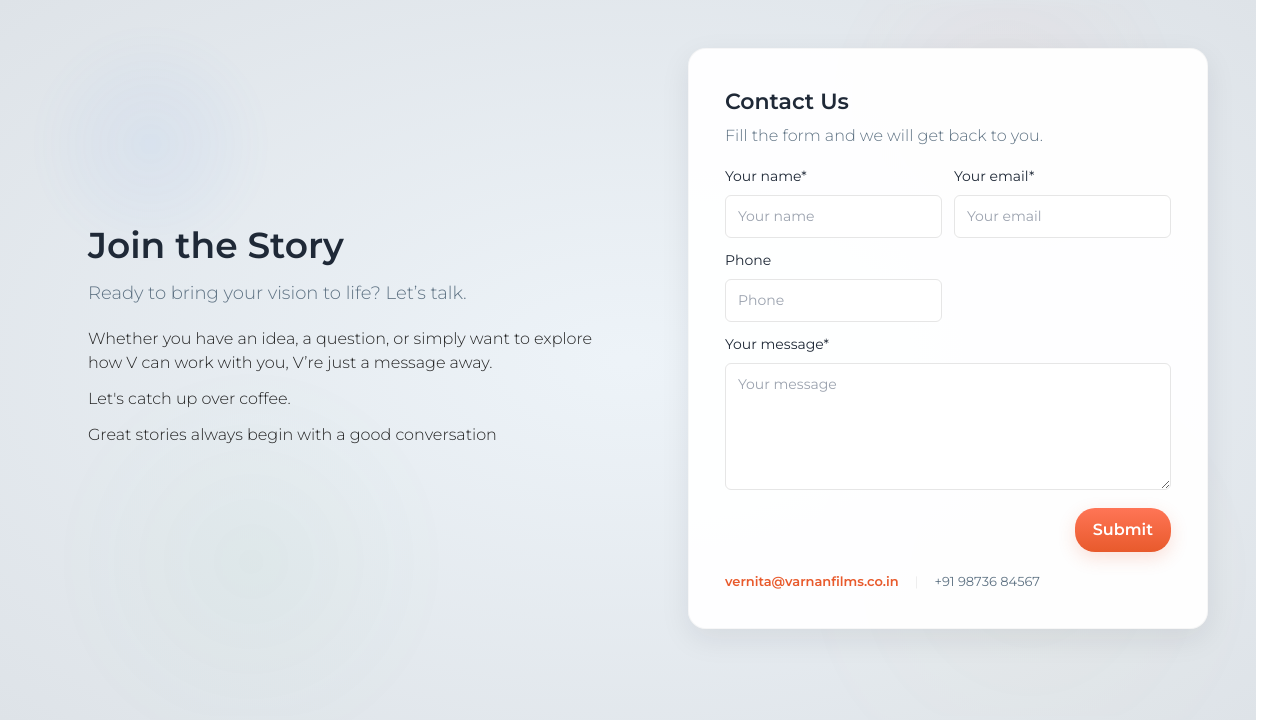
Repository: ritesh1711/ez-contact-form
Page: /
These files come from the project's save history. The page is drawn as it stood at one moment and after the next save; the edit follows.
The browser window is 1280 px wide. The pictures show the whole page.
The project was rebuilt for these pictures with package versions that can differ from the ones it lists, and the page was loaded fresh each time. Also part of the build but not shown: vite.config.js.

Above is the page before, as saved 2025-11-09 22:29:56.

### index.html
<!doctype html>
<html lang="en">
  <head>
    <meta charset="UTF-8" />
    <link rel="icon" type="image/svg+xml" href="/vite.svg" />
    <meta name="viewport" content="width=device-width, initial-scale=1.0" />
    <title>ezlabs-assignment</title>
  </head>
  <body>
    <div id="root"></div>
    <script type="module" src="/src/main.jsx"></script>
  </body>
</html>

### src/index.css
:root {
  font-family: system-ui, Avenir, Helvetica, Arial, sans-serif;
  line-height: 1.5;
  font-weight: 400;

  color-scheme: light dark;
  color: rgba(255, 255, 255, 0.87);
  background-color: #242424;

  font-synthesis: none;
  text-rendering: optimizeLegibility;
  -webkit-font-smoothing: antialiased;
  -moz-osx-font-smoothing: grayscale;
}

a {
  font-weight: 500;
  color: #646cff;
  text-decoration: inherit;
}
a:hover {
  color: #535bf2;
}

body {
  margin: 0;
  display: flex;
  place-items: center;
  min-width: 320px;
  min-height: 100vh;
}

h1 {
  font-size: 3.2em;
  line-height: 1.1;
}

button {
  border-radius: 8px;
  border: 1px solid transparent;
  padding: 0.6em 1.2em;
  font-size: 1em;
  font-weight: 500;
  font-family: inherit;
  background-color: #1a1a1a;
  cursor: pointer;
  transition: border-color 0.25s;
}
button:hover {
  border-color: #646cff;
}
button:focus,
button:focus-visible {
  outline: 4px auto -webkit-focus-ring-color;
}

@media (prefers-color-scheme: light) {
  :root {
    color: #213547;
    background-color: #ffffff;
  }
  a:hover {
    color: #747bff;
  }
  button {
    background-color: #f9f9f9;
  }
}


html, body {
  margin: 0;
  padding: 0;
  overflow-x: hidden;
}
@tailwind base;
@tailwind components;
@tailwind utilities;

### src/App.jsx
import React from 'react'
// import Hero from './components/Hero'
import ContactForm from './components/ContactForm'
// import Footer from './components/Footer'


// export default function App(){
// return (
// <div className="min-h-screen flex flex-col">
// <header className="bg-white shadow-sm">
// <div className="max-w-6xl mx-auto px-6 py-4 flex items-center justify-between">
// <div className="text-xl font-bold">EZ Labs</div>
// <nav className="space-x-6 hidden md:block text-sm text-gray-600">
// <a href="#home">Home</a>
// <a href="#contact">Contact</a>
// </nav>
// </div>
// </header>


// <main className="flex-1">
// <Hero />
// <ContactForm />
// </main>


// <Footer />
// </div>
// )
// }

// import ContactForm from './components/ContactForm';

export default function App(){
  return <ContactForm />;
}

### src/components/ContactForm.jsx
// import React, { useState } from 'react'
// import './ContactForm.css' // added - imports the new styles

// function ContactForm() {
//   const [form, setForm] = useState({
//     name: '',
//     email: '',
//     phone: '',
//     message: ''
//   })

//   const [errors, setErrors] = useState({})
//   const [status, setStatus] = useState('')
//   const [loading, setLoading] = useState(false)

//   const validate = () => {
//     const newErrors = {}
//     if (!form.name.trim()) newErrors.name = 'Name is required'
//     if (!form.email.trim()) newErrors.email = 'Email is required'
//     else if (!/\S+@\S+\.\S+/.test(form.email)) newErrors.email = 'Invalid email'
//     if (!form.phone.trim()) newErrors.phone = 'Phone is required'
//     if (!form.message.trim()) newErrors.message = 'Message is required'
//     return newErrors
//   }

//   const handleSubmit = async (e) => {
//     e.preventDefault()
//     const validationErrors = validate()
//     if (Object.keys(validationErrors).length > 0) {
//       setErrors(validationErrors)
//       return
//     }

//     setErrors({})
//     setLoading(true)
//     setStatus('')

//     try {
//       const res = await fetch('https://jsonplaceholder.typicode.com/posts', {
//         method: 'POST',
//         headers: { 'Content-Type': 'application/json' },
//         body: JSON.stringify(form)
//       })

//       if (res.ok) {
//         setStatus('Form Submitted')
//         setForm({ name: '', email: '', phone: '', message: '' })
//       } else {
//         const body = await res.text()
//         setStatus('Submission failed: ' + res.status)
//         console.error('API error', res.status, body)
//       }
//     } catch (err) {
//       console.error(err)
//       setStatus('Submission failed: network error')
//     } finally {
//       setLoading(false)
//     }
//   }

//   return (
//     <section id="contact" className="max-w-6xl mx-auto px-6 py-16">
//       <div className="bg-white rounded-2xl shadow p-6 md:p-12">
//         <h2 className="text-2xl font-bold">Contact Us</h2>
//         <p className="text-gray-600 mt-2">Fill the form and we will get back to you.</p>

//         <form className="mt-6 grid gap-4 md:grid-cols-2" onSubmit={handleSubmit} noValidate>
//           <div className="md:col-span-1">
//             <label className="block text-sm font-medium">Name</label>
//             <input
//               value={form.name}
//               onChange={(e) => setForm({ ...form, name: e.target.value })}
//               className={`mt-1 block w-full rounded-md border px-3 py-2 ${
//                 errors.name ? 'border-red-500' : 'border-gray-200'
//               }`}
//             />
//             {errors.name && <p className="text-sm text-red-600 mt-1">{errors.name}</p>}
//           </div>

//           <div className="md:col-span-1">
//             <label className="block text-sm font-medium">Email</label>
//             <input
//               value={form.email}
//               onChange={(e) => setForm({ ...form, email: e.target.value })}
//               className={`mt-1 block w-full rounded-md border px-3 py-2 ${
//                 errors.email ? 'border-red-500' : 'border-gray-200'
//               }`}
//             />
//             {errors.email && <p className="text-sm text-red-600 mt-1">{errors.email}</p>}
//           </div>

//           <div className="md:col-span-1">
//             <label className="block text-sm font-medium">Phone</label>
//             <input
//               value={form.phone}
//               onChange={(e) => setForm({ ...form, phone: e.target.value })}
//               className={`mt-1 block w-full rounded-md border px-3 py-2 ${
//                 errors.phone ? 'border-red-500' : 'border-gray-200'
//               }`}
//             />
//             {errors.phone && <p className="text-sm text-red-600 mt-1">{errors.phone}</p>}
//           </div>

//           <div className="md:col-span-2">
//             <label className="block text-sm font-medium">Message</label>
//             <textarea
//               value={form.message}
//               onChange={(e) => setForm({ ...form, message: e.target.value })}
//               rows={4}
//               className={`mt-1 block w-full rounded-md border px-3 py-2 ${
//                 errors.message ? 'border-red-500' : 'border-gray-200'
//               }`}
//             ></textarea>
//             {errors.message && <p className="text-sm text-red-600 mt-1">{errors.message}</p>}
//           </div>

//           <div className="md:col-span-2 flex items-center justify-between">
//             <div className="text-sm text-green-700">{status}</div>
//             <div>
//               <button
//                 type="submit"
//                 disabled={loading}
//                 className="inline-flex items-center px-5 py-2 bg-sky-600 text-white rounded-lg hover:opacity-90"
//               >
//                 {loading ? 'Sending...' : 'Submit'}
//               </button>
//             </div>
//           </div>
//         </form>
//       </div>
//     </section>
//   )
// }

// export default ContactForm


import React, { useState } from 'react';
import './ContactForm.css';

function ContactForm() {
  const [form, setForm] = useState({
    name: '',
    email: '',
    phone: '',
    message: ''
  });

  const [errors, setErrors] = useState({});
  const [status, setStatus] = useState('');
  const [loading, setLoading] = useState(false);

  const validate = () => {
    const newErrors = {};
    if (!form.name.trim()) newErrors.name = 'Name is required';
    if (!form.email.trim()) newErrors.email = 'Email is required';
    else if (!/\S+@\S+\.\S+/.test(form.email)) newErrors.email = 'Invalid email';
    if (!form.phone.trim()) newErrors.phone = 'Phone is required';
    if (!form.message.trim()) newErrors.message = 'Message is required';
    return newErrors;
  };

  const handleSubmit = async (e) => {
    e.preventDefault();
    const validationErrors = validate();
    if (Object.keys(validationErrors).length > 0) {
      setErrors(validationErrors);
      return;
    }

    setErrors({});
    setLoading(true);
    setStatus('');

    try {
      const res = await fetch('https://jsonplaceholder.typicode.com/posts', {
        method: 'POST',
        headers: { 'Content-Type': 'application/json' },
        body: JSON.stringify(form)
      });

      if (res.ok) {
        setStatus('Form Submitted — thank you!');
        setForm({ name: '', email: '', phone: '', message: '' });
      } else {
        const body = await res.text();
        setStatus('Submission failed: ' + res.status);
        console.error('API error', res.status, body);
      }
    } catch (err) {
      console.error(err);
      setStatus('Submission failed: network error');
    } finally {
      setLoading(false);
    }
  };

  return (
    <section className="contact-root">
      <div className="background" aria-hidden="true"></div>

      <div className="contact-container">
        {/* Left column - intro / copy */}
        <div className="contact-left">
          <div className="left-inner">
            <h2 className="left-title">Join the Story</h2>
            <p className="left-sub">
              Ready to bring your vision to life? Let’s talk.
            </p>

            <div className="left-body">
              <p>
                Whether you have an idea, a question, or simply want to explore how V can work with you, V’re just a message away.
              </p>
              <p>Let's catch up over coffee.</p>
              <p>Great stories always begin with a good conversation</p>
            </div>
          </div>
        </div>

        {/* Right column - form */}
        <div className="contact-right">
          <div className="form-card">
            <h3 className="form-head">Contact Us</h3>
            <p className="form-sub">Fill the form and we will get back to you.</p>

            <form className="form-grid" onSubmit={handleSubmit} noValidate>
              <div className="form-field">
                <label htmlFor="name">Your name*</label>
                <input
                  id="name"
                  type="text"
                  value={form.name}
                  onChange={(e) => setForm({ ...form, name: e.target.value })}
                  className={errors.name ? 'input error' : 'input'}
                  placeholder="Your name"
                />
                {errors.name && <div className="error-text">{errors.name}</div>}
              </div>

              <div className="form-field">
                <label htmlFor="email">Your email*</label>
                <input
                  id="email"
                  type="email"
                  value={form.email}
                  onChange={(e) => setForm({ ...form, email: e.target.value })}
                  className={errors.email ? 'input error' : 'input'}
                  placeholder="Your email"
                />
                {errors.email && <div className="error-text">{errors.email}</div>}
              </div>

              <div className="form-field">
                <label htmlFor="phone">Phone</label>
                <input
                  id="phone"
                  type="tel"
                  value={form.phone}
                  onChange={(e) => setForm({ ...form, phone: e.target.value })}
                  className={errors.phone ? 'input error' : 'input'}
                  placeholder="Phone"
                />
                {errors.phone && <div className="error-text">{errors.phone}</div>}
              </div>

              <div className="form-field full">
                <label htmlFor="message">Your message*</label>
                <textarea
                  id="message"
                  value={form.message}
                  onChange={(e) => setForm({ ...form, message: e.target.value })}
                  rows="5"
                  className={errors.message ? 'textarea error' : 'textarea'}
                  placeholder="Your message"
                />
                {errors.message && <div className="error-text">{errors.message}</div>}
              </div>

              <div className="form-actions">
                <div className="status">{status}</div>
                <button
                  type="submit"
                  disabled={loading}
                  className="submit-btn"
                >
                  {loading ? 'Sending...' : 'Submit'}
                </button>
              </div>
            </form>

            <div className="contact-footer">
              <a href="mailto:vernita@varnanfilms.co.in">vernita@varnanfilms.co.in</a>
              <span className="sep">|</span>
              <span>+91 98736 84567</span>
            </div>
          </div>
        </div>
      </div>
    </section>
  );
}

export default ContactForm;

### src/components/ContactForm.css
/* ContactForm.css
   Place alongside the component and import in the component file.
   Uses Montserrat from your provided import.
*/

@import url('https://fonts.googleapis.com/css?family=Montserrat:200,300,400,600&display=swap');

:root{
  --bg-1: #edf3f8;
  --bg-2: #dee3e8;
  --accent: #e85a2c;
  --card-bg: rgba(255,255,255,0.95);
  --muted: #5e7283;
  --input-border: #e6e6e6;
}

/* reset */
* { box-sizing: border-box; }
html,body,#root { height: 100%; }
body {
  margin: 0;
  font-family: "Montserrat", system-ui, -apple-system, "Segoe UI", Roboto, "Helvetica Neue", Arial;
  color: #1f2937;
}

/* overall section */
.contact-root {
  position: relative;
  min-height: 100vh;
  overflow: auto;
  background: radial-gradient(ellipse at center, var(--bg-1) 1%, var(--bg-2) 100%);
  padding: 48px;
}

/* your "webgl css" converted to real CSS */
.background {
  position: absolute;
  left: 0;
  top: 0;
  width: 100%;
  height: 100%;
  pointer-events: none;
  z-index: 0;
  /* subtle animated shapes using CSS radial-gradients for depth instead of an image */
  background-image:
    radial-gradient(circle at 12% 20%, rgba(62,130,247,0.06) 0px, transparent 120px),
    radial-gradient(circle at 80% 14%, rgba(237,65,45,0.04) 0px, transparent 180px),
    radial-gradient(circle at 20% 78%, rgba(45,169,79,0.03) 0px, transparent 200px),
    radial-gradient(circle at 82% 80%, rgba(253,189,0,0.02) 0px, transparent 240px);
  filter: blur(6px);
}

/* container for content - two columns */
.contact-container {
  position: relative;
  z-index: 5;
  display: grid;
  grid-template-columns: 1fr 520px;
  gap: 40px;
  align-items: center;
  max-width: 1200px;
  margin: 0 auto;
}

/* left column */
.contact-left {
  padding: 60px 40px;
}
.left-inner {
  max-width: 520px;
}
.left-title {
  font-weight: 600;
  font-size: 36px;
  margin: 0 0 8px 0;
}
.left-sub {
  margin: 0 0 20px 0;
  color: var(--muted);
  font-weight: 300;
  font-size: 18px;
}
.left-body p {
  margin: 12px 0;
  color: #222;
  font-weight: 300;
  line-height: 1.5;
}

/* right column / card */
.contact-right {
  display: flex;
  justify-content: center;
}
.form-card {
  width: 100%;
  background: var(--card-bg);
  border-radius: 18px;
  box-shadow: 0 10px 30px rgba(20,30,40,0.08);
  padding: 36px;
  border: 1px solid rgba(0,0,0,0.03);
}
.form-head {
  margin: 0;
  font-size: 22px;
  font-weight: 600;
}
.form-sub {
  margin: 6px 0 18px 0;
  color: var(--muted);
  font-weight: 300;
}

/* form grid and fields */
.form-grid {
  display: grid;
  grid-template-columns: 1fr 1fr;
  gap: 12px;
}
.form-field {
  display: flex;
  flex-direction: column;
  font-size: 14px;
}
.form-field.full {
  grid-column: 1 / -1;
}
.form-field label {
  margin-bottom: 8px;
  font-weight: 400;
}
.input, .textarea {
  border: 1px solid var(--input-border);
  padding: 10px 12px;
  border-radius: 6px;
  font-family: inherit;
  font-size: 14px;
  outline: none;
  transition: box-shadow .15s ease, border-color .15s ease;
  background: white;
}
.input:focus, .textarea:focus {
  box-shadow: 0 0 0 4px rgba(232,90,50,0.06);
  border-color: rgba(232,90,50,0.6);
}
.textarea { resize: vertical; min-height: 120px; }

/* errors */
.error {
  border-color: #f87171 !important;
}
.error-text {
  margin-top: 6px;
  color: #b91c1c;
  font-size: 13px;
}

/* actions */
.form-actions {
  grid-column: 1 / -1;
  display: flex;
  justify-content: space-between;
  align-items: center;
  margin-top: 6px;
}
.status {
  color: #0f5132; /* green-ish for success */
  font-weight: 500;
  min-height: 20px;
}
.submit-btn {
  background: linear-gradient(180deg, #ff7556, #e85a2c);
  color: white;
  border: none;
  padding: 10px 18px;
  font-weight: 600;
  border-radius: 20px;
  cursor: pointer;
  box-shadow: 0 6px 18px rgba(232,90,50,0.18);
}
.submit-btn[disabled] {
  opacity: 0.65;
  cursor: not-allowed;
}

/* footer contact info */
.contact-footer {
  margin-top: 20px;
  font-size: 13px;
  color: var(--muted);
  display: flex;
  gap: 10px;
  align-items: center;
}
.contact-footer a { color: var(--accent); text-decoration: none; font-weight: 600; }
.contact-footer .sep { color: rgba(0,0,0,0.08); margin: 0 6px; }

/* Responsive: collapse to single column on smaller screens */
@media (max-width: 980px) {
  .contact-container {
    grid-template-columns: 1fr;
    padding: 0 8px;
  }
  .contact-left {
    order: 2;
    padding: 28px 20px;
  }
  .contact-right {
    order: 1;
    padding: 20px;
  }
  .form-card { padding: 24px; }
  .form-grid {
    grid-template-columns: 1fr;
  }
}

/* smaller mobile tweaks */
@media (max-width: 480px) {
  .contact-root { padding: 20px; }
  .left-title { font-size: 28px; }
  .left-sub { font-size: 16px; }
  .form-head { font-size: 18px; }
  .submit-btn { padding: 10px 14px; }
}

Loaded but not shown: src/main.jsx (common file); tailwind.config.cjs (common file)

After the next save:
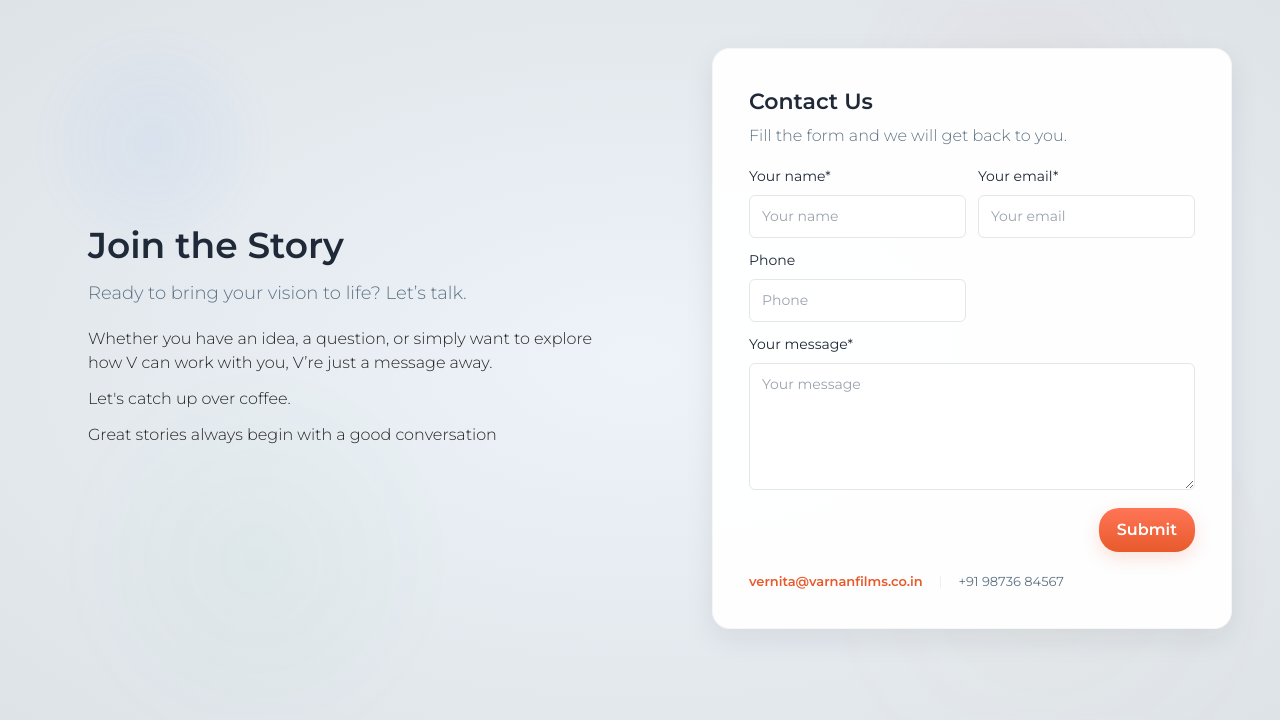
Saved 14 s later.
--- a/src/index.css
+++ b/src/index.css
@@ -22,13 +22,13 @@ a:hover {
   color: #535bf2;
 }
 
-body {
+/* body {
   margin: 0;
   display: flex;
   place-items: center;
   min-width: 320px;
   min-height: 100vh;
-}
+} */
 
 h1 {
   font-size: 3.2em;
